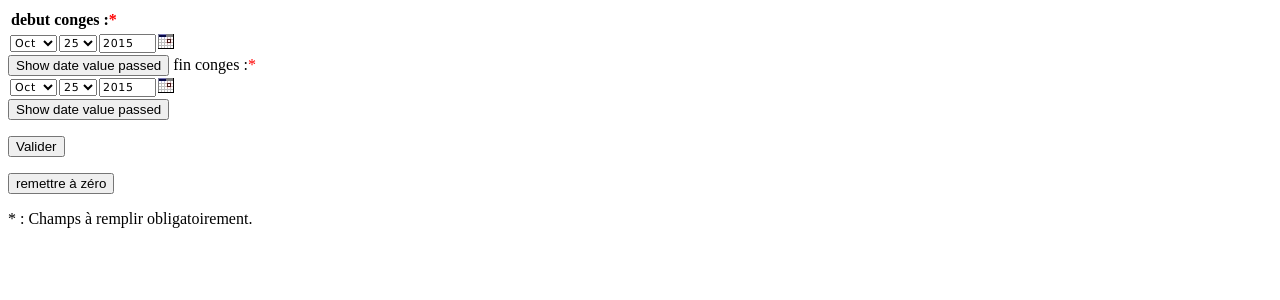
Repository: Iankills/TB-IR331
Page: http://localhost/gestConges_WebGUI/nouveau_conges.jsp
These files come from the project's save history. The page is drawn as it stood at one moment and after the next save; the edit follows.
The browser window is 1280 px wide. The pictures show the whole page.
The page is served by Tomcat 9.

Above is the page before, as saved 2015-10-29 09:38:47.

After the next save:
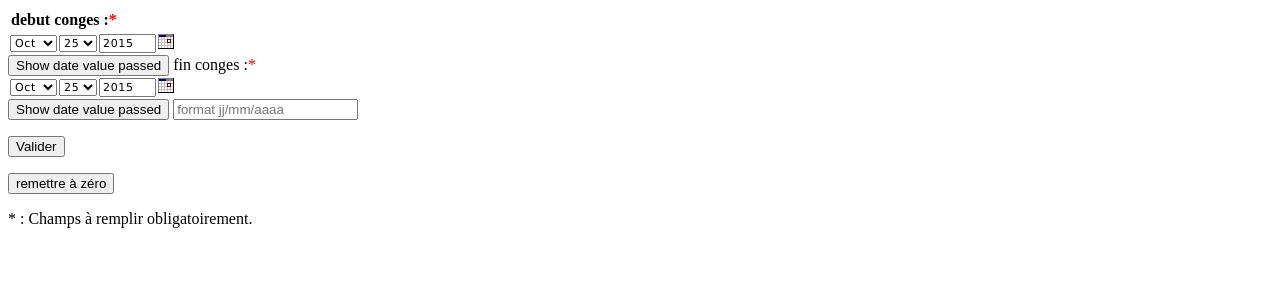
Saved 3 min 57 s later.
--- a/workspace-gestconges/gestConges_WebGUI/WebContent/nouveau_conges.jsp
+++ b/workspace-gestconges/gestConges_WebGUI/WebContent/nouveau_conges.jsp
@@ -34,7 +34,8 @@
 				<th>fin conges :<font color="red">*</font></th>
 			    <!-- <td><input type="text" name='finconges' placeholder="format jj/mm/aaaa" /></td> -->
 			    <script>DateInput('orderdate', true, 'DD/MM/YYYY')</script>
-				<input type="button" name='finconges' onClick="alert(this.form.orderdate.value)" value="Show date value passed">
+				<input type="button" onClick="alert(this.form.orderdate.value)" value="Show date value passed">
+				<input type="text" name='finconges' placeholder="format jj/mm/aaaa" /></td>
 				</td>
 			</tr>
 		</table>
